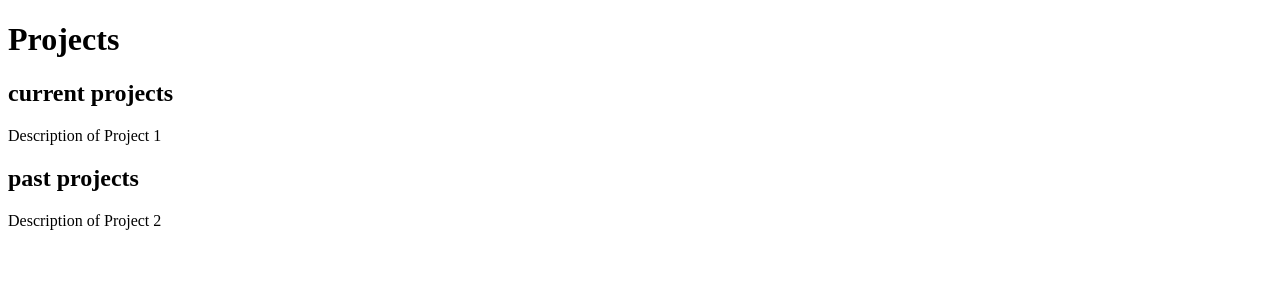
Repository: yellowspots/geneweb
Page: projects.html
These files come from the project's save history. The page is drawn as it stood at one moment and after a run of saves; the edit follows.
The browser window is 1280 px wide. The pictures show the whole page.

Above is the page before, as saved 2024-05-01 21:40:51.

### projects.html
<!DOCTYPE html>
<html>
<head>
    <title>projects</title>
    <style>
        /* Add your custom CSS styles here */
    </style>
</head>
<body>
    <header>
        <h1>Projects</h1>
    </header>

    <main>
        <!-- Placeholder objects for your projects -->
        <div class="project">
            <h2>current projects</h2>
            <p>Description of Project 1</p>
        </div>

        <div class="project">
            <h2>past projects</h2>
            <p>Description of Project 2</p>
        </div>

        <!-- Add more project placeholders as needed -->
    </main>
</body>
</html>

After the next 3 saves:
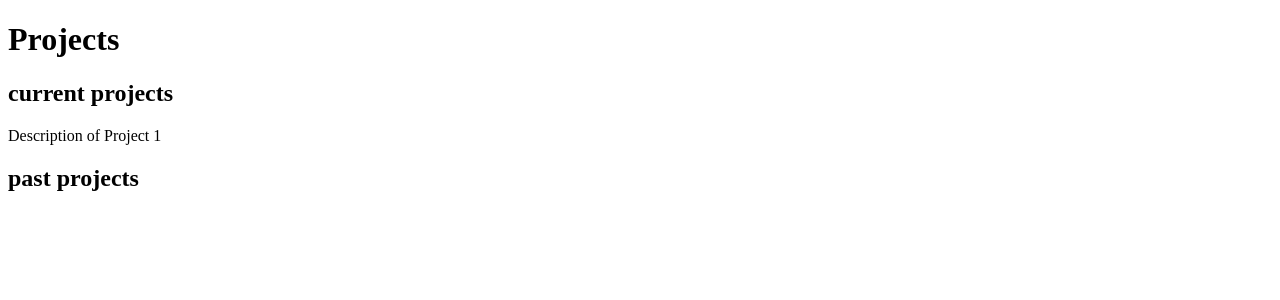
The 3 saves are shown as one change because they came seconds apart.
The last was saved 10 s later.
--- a/projects.html
+++ b/projects.html
@@ -20,7 +20,7 @@
 
         <div class="project">
             <h2>past projects</h2>
-            <p>Description of Project 2</p>
+            <p></p>
         </div>
 
         <!-- Add more project placeholders as needed -->
